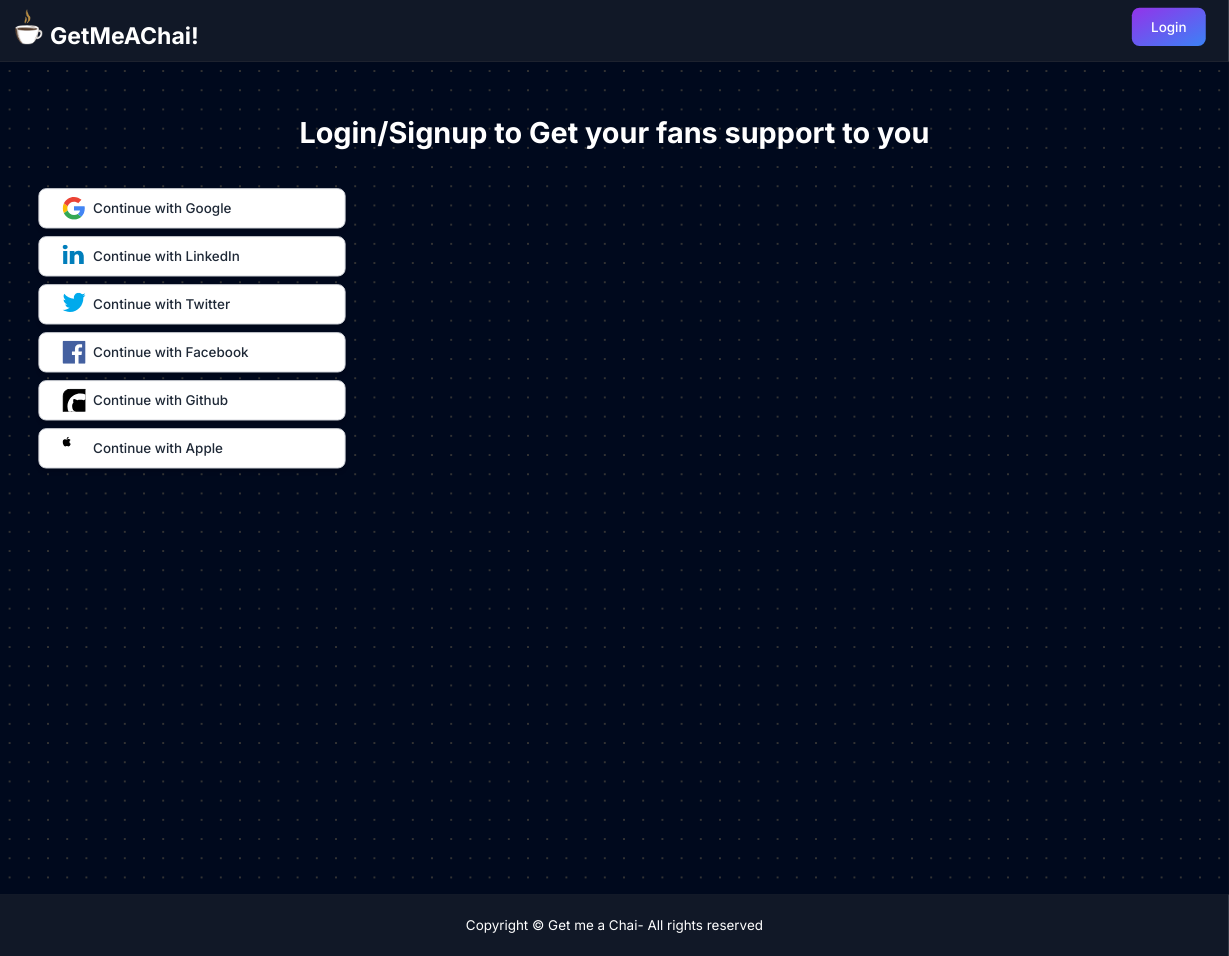
Repository: sarthaktomar579/saharaWorks
Page: /login
These files come from the project's save history. The page is drawn as it stood at one moment and after the next save; the edit follows.
The browser window is 1280 px wide. The pictures show the whole page, at 96% of full size.
The project was rebuilt for these pictures with package versions that can differ from the ones it lists, and the page was loaded fresh each time. The framework's server and built-in components were replaced by stand-ins that run in the browser. Also part of the build but not shown: next.config.mjs.

Above is the page before, as saved 2024-08-31 20:51:53.

### app/layout.js
import { Inter } from "next/font/google";
import "./globals.css";
import Navbar from "@/components/Navbar";
import Footer from "@/components/Footer";

const inter = Inter({ subsets: ["latin"] });

export const metadata = {
  title: "Get me a Chai- Fund your projects with a chai",
  description: "This website is a crowd funding platform for creators",
};

export default function RootLayout({ children }) {
  return (
    <html lang="en">
      <body className={inter.className}>
        <Navbar/>
        <div className="min-h-[82.3vh] bg-[#000000] bg-[radial-gradient(#ffffff33_1px,#00091d_1px)] bg-[size:20px_20px]">
        {children}
        </div>
        <Footer/>
      </body>
    </html>
  );
}
{/* <div class="absolute top-0 z-[-2] h-screen w-screen bg-[#000000] bg-[radial-gradient(#ffffff33_1px,#00091d_1px)] bg-[size:20px_20px]"></div> */}

### app/login/page.js
import React from 'react';

const Login = () => {
    return (
        <div className='mx-auto py-14 text-white'>
            <h1 className='text-center text-3xl font-bold'>
                Login/Signup to Get your fans support to you
            </h1>
            <div className="flex flex-col gap-2 min-h-screen p-10">


                <button
                    className="flex items-center w-80 border bg-white border-gray-300 rounded-lg shadow-md max-w-xs px-6 py-2 text-sm font-medium text-gray-800 hover:bg-gray-200 focus:outline-none focus:ring-2 focus:ring-offset-2 focus:ring-gray-500">
                    <svg className="h-6 w-6 mr-2" xmlns="http://www.w3.org/2000/svg" viewBox="-0.5 0 48 48" version="1.1">

                        <g id="Icons" stroke="none" stroke-width="1" fill="none" fill-rule="evenodd">
                            <g id="Color-" transform="translate(-401.000000, -860.000000)">
                                <g id="Google" transform="translate(401.000000, 860.000000)">
                                    <path
                                        d="M9.82727273,24 C9.82727273,22.4757333 10.0804318,21.0144 10.5322727,19.6437333 L2.62345455,13.6042667 C1.08206818,16.7338667 0.213636364,20.2602667 0.213636364,24 C0.213636364,27.7365333 1.081,31.2608 2.62025,34.3882667 L10.5247955,28.3370667 C10.0772273,26.9728 9.82727273,25.5168 9.82727273,24"
                                        id="Fill-1" fill="#FBBC05"> </path>
                                    <path
                                        d="M23.7136364,10.1333333 C27.025,10.1333333 30.0159091,11.3066667 32.3659091,13.2266667 L39.2022727,6.4 C35.0363636,2.77333333 29.6954545,0.533333333 23.7136364,0.533333333 C14.4268636,0.533333333 6.44540909,5.84426667 2.62345455,13.6042667 L10.5322727,19.6437333 C12.3545909,14.112 17.5491591,10.1333333 23.7136364,10.1333333"
                                        id="Fill-2" fill="#EB4335"> </path>
                                    <path
                                        d="M23.7136364,37.8666667 C17.5491591,37.8666667 12.3545909,33.888 10.5322727,28.3562667 L2.62345455,34.3946667 C6.44540909,42.1557333 14.4268636,47.4666667 23.7136364,47.4666667 C29.4455,47.4666667 34.9177955,45.4314667 39.0249545,41.6181333 L31.5177727,35.8144 C29.3995682,37.1488 26.7323182,37.8666667 23.7136364,37.8666667"
                                        id="Fill-3" fill="#34A853"> </path>
                                    <path
                                        d="M46.1454545,24 C46.1454545,22.6133333 45.9318182,21.12 45.6113636,19.7333333 L23.7136364,19.7333333 L23.7136364,28.8 L36.3181818,28.8 C35.6879545,31.8912 33.9724545,34.2677333 31.5177727,35.8144 L39.0249545,41.6181333 C43.3393409,37.6138667 46.1454545,31.6490667 46.1454545,24"
                                        id="Fill-4" fill="#4285F4"> </path>
                                </g>
                            </g>
                        </g>
                    </svg>
                    <span>Continue with Google</span>
                </button>


                <button
                    className="flex items-center  border bg-white border-gray-300 rounded-lg shadow-md max-w-xs px-6 py-2 text-sm font-medium text-gray-800 hover:bg-gray-200 focus:outline-none focus:ring-2 focus:ring-offset-2 focus:ring-gray-500">
                    <svg className="h-6 w-6 mr-2" xmlns="http://www.w3.org/2000/svg" viewBox="-0.5 0 48 48" version="1.1">
                        <g id="Icons" stroke="none" stroke-width="1" fill="none" fill-rule="evenodd">
                            <g id="Color-" transform="translate(-702.000000, -265.000000)" fill="#007EBB">
                                <path
                                    d="M746,305 L736.2754,305 L736.2754,290.9384 C736.2754,287.257796 734.754233,284.74515 731.409219,284.74515 C728.850659,284.74515 727.427799,286.440738 726.765522,288.074854 C726.517168,288.661395 726.555974,289.478453 726.555974,290.295511 L726.555974,305 L716.921919,305 C716.921919,305 717.046096,280.091247 716.921919,277.827047 L726.555974,277.827047 L726.555974,282.091631 C727.125118,280.226996 730.203669,277.565794 735.116416,277.565794 C741.21143,277.565794 746,281.474355 746,289.890824 L746,305 L746,305 Z M707.17921,274.428187 L707.117121,274.428187 C704.0127,274.428187 702,272.350964 702,269.717936 C702,267.033681 704.072201,265 707.238711,265 C710.402634,265 712.348071,267.028559 712.41016,269.710252 C712.41016,272.34328 710.402634,274.428187 707.17921,274.428187 L707.17921,274.428187 L707.17921,274.428187 Z M703.109831,277.827047 L711.685795,277.827047 L711.685795,305 L703.109831,305 L703.109831,277.827047 L703.109831,277.827047 Z"
                                    id="LinkedIn">

                                </path>
                            </g>
                        </g>
                    </svg> <span>Continue with LinkedIn</span>
                </button>


                <button
                    className="flex items-center  border bg-white border-gray-300 rounded-lg shadow-md max-w-xs px-6 py-2 text-sm font-medium text-gray-800 hover:bg-gray-200 focus:outline-none focus:ring-2 focus:ring-offset-2 focus:ring-gray-500">
                    <svg className="h-6 w-6 mr-2" xmlns="http://www.w3.org/2000/svg" viewBox="-0.5 0 48 48" version="1.1">
                        <g id="Icons" stroke="none" stroke-width="1" fill="none" fill-rule="evenodd">
                            <g id="Color-" transform="translate(-300.000000, -164.000000)" fill="#00AAEC">
                                <path
                                    d="M348,168.735283 C346.236309,169.538462 344.337383,170.081618 342.345483,170.324305 C344.379644,169.076201 345.940482,167.097147 346.675823,164.739617 C344.771263,165.895269 342.666667,166.736006 340.418384,167.18671 C338.626519,165.224991 336.065504,164 333.231203,164 C327.796443,164 323.387216,168.521488 323.387216,174.097508 C323.387216,174.88913 323.471738,175.657638 323.640782,176.397255 C315.456242,175.975442 308.201444,171.959552 303.341433,165.843265 C302.493397,167.339834 302.008804,169.076201 302.008804,170.925244 C302.008804,174.426869 303.747139,177.518238 306.389857,179.329722 C304.778306,179.280607 303.256911,178.821235 301.9271,178.070061 L301.9271,178.194294 C301.9271,183.08848 305.322064,187.17082 309.8299,188.095341 C309.004402,188.33225 308.133826,188.450704 307.235077,188.450704 C306.601162,188.450704 305.981335,188.390033 305.381229,188.271578 C306.634971,192.28169 310.269414,195.2026 314.580032,195.280607 C311.210424,197.99061 306.961789,199.605634 302.349709,199.605634 C301.555203,199.605634 300.769149,199.559408 300,199.466956 C304.358514,202.327194 309.53689,204 315.095615,204 C333.211481,204 343.114633,188.615385 343.114633,175.270495 C343.114633,174.831347 343.106181,174.392199 343.089276,173.961719 C345.013559,172.537378 346.684275,170.760563 348,168.735283"
                                    id="Twitter">

                                </path>
                            </g>
                        </g>
                    </svg>

                    <span>Continue with Twitter</span>
                </button>


                <button
                    className="flex items-center  border bg-white border-gray-300 rounded-lg shadow-md max-w-xs px-6 py-2 text-sm font-medium text-gray-800 hover:bg-gray-200 focus:outline-none focus:ring-2 focus:ring-offset-2 focus:ring-gray-500">
                   <svg className="h-6 w-6 mr-2" xmlns="http://www.w3.org/2000/svg" viewBox="-0.5 0 48 48" version="1.1">
                        <g id="Icons" stroke="none" stroke-width="1" fill="none" fill-rule="evenodd">
                            <g id="Color-" transform="translate(-200.000000, -160.000000)" fill="#4460A0">
                                <path
                                    d="M225.638355,208 L202.649232,208 C201.185673,208 200,206.813592 200,205.350603 L200,162.649211 C200,161.18585 201.185859,160 202.649232,160 L245.350955,160 C246.813955,160 248,161.18585 248,162.649211 L248,205.350603 C248,206.813778 246.813769,208 245.350955,208 L233.119305,208 L233.119305,189.411755 L239.358521,189.411755 L240.292755,182.167586 L233.119305,182.167586 L233.119305,177.542641 C233.119305,175.445287 233.701712,174.01601 236.70929,174.01601 L240.545311,174.014333 L240.545311,167.535091 C239.881886,167.446808 237.604784,167.24957 234.955552,167.24957 C229.424834,167.24957 225.638355,170.625526 225.638355,176.825209 L225.638355,182.167586 L219.383122,182.167586 L219.383122,189.411755 L225.638355,189.411755 L225.638355,208 L225.638355,208 Z"
                                    id="Facebook">

                                </path>
                            </g>
                        </g>
                    </svg>

                    <span>Continue with Facebook</span>
                </button>


                <button
                    className="flex items-center  border bg-white border-gray-300 rounded-lg shadow-md max-w-xs px-6 py-2 text-sm font-medium text-gray-800 hover:bg-gray-200 focus:outline-none focus:ring-2 focus:ring-offset-2 focus:ring-gray-500">
                   <svg className="h-6 w-6 mr-2" xmlns="http://www.w3.org/2000/svg" viewBox="-0.5 0 48 48" version="1.1">
                        <g id="team-collaboration/version-control/github" stroke="none" stroke-width="1" fill="none"
                            fill-rule="evenodd">
                            <g id="container" transform="translate(2.000000, 2.000000)" fill-rule="nonzero">
                                <rect id="mask" stroke="#000000" stroke-width="2" fill="#000000" x="-1"
                                    y="-1" width="71" height="71" rx="14">

                                </rect>
                                <path
                                    d="M58.3067362,21.4281798 C55.895743,17.2972267 52.6253846,14.0267453 48.4948004,11.615998 C44.3636013,9.20512774 39.8535636,8 34.9614901,8 C30.0700314,8 25.5585181,9.20549662 21.4281798,11.615998 C17.2972267,14.0266224 14.0269912,17.2972267 11.615998,21.4281798 C9.20537366,25.5590099 8,30.0699084 8,34.9607523 C8,40.8357654 9.71405782,46.1187277 13.1430342,50.8109917 C16.5716416,55.5036246 21.0008949,58.7507436 26.4304251,60.5527176 C27.0624378,60.6700211 27.5302994,60.5875152 27.8345016,60.3072901 C28.1388268,60.0266961 28.290805,59.6752774 28.290805,59.2545094 C28.290805,59.1842994 28.2847799,58.5526556 28.2730988,57.3588401 C28.2610487,56.1650247 28.2553926,55.1235563 28.2553926,54.2349267 L27.4479164,54.3746089 C26.9330843,54.468919 26.2836113,54.5088809 25.4994975,54.4975686 C24.7157525,54.4866252 23.9021284,54.4044881 23.0597317,54.2517722 C22.2169661,54.1004088 21.4330982,53.749359 20.7075131,53.1993604 C19.982297,52.6493618 19.4674649,51.9294329 19.1631397,51.0406804 L18.8120898,50.2328353 C18.5780976,49.6950097 18.2097104,49.0975487 17.7064365,48.4426655 C17.2031625,47.7871675 16.6942324,47.3427912 16.1794003,47.108799 L15.9336039,46.9328437 C15.7698216,46.815909 15.6178435,46.6748743 15.4773006,46.511215 C15.3368806,46.3475556 15.2317501,46.1837734 15.1615401,46.0197452 C15.0912072,45.855594 15.1494901,45.7209532 15.3370036,45.6153308 C15.5245171,45.5097084 15.8633939,45.4584343 16.3551097,45.4584343 L17.0569635,45.5633189 C17.5250709,45.6571371 18.104088,45.9373622 18.7947525,46.4057156 C19.4850481,46.8737001 20.052507,47.4821045 20.4972521,48.230683 C21.0358155,49.1905062 21.6846737,49.9218703 22.4456711,50.4251443 C23.2060537,50.9284182 23.9727072,51.1796248 24.744894,51.1796248 C25.5170807,51.1796248 26.1840139,51.121096 26.7459396,51.0046532 C27.3072505,50.8875956 27.8338868,50.7116403 28.3256025,50.477771 C28.5362325,48.9090515 29.1097164,47.7039238 30.0455624,46.8615271 C28.7116959,46.721353 27.5124702,46.5102313 26.4472706,46.2295144 C25.3826858,45.9484285 24.2825656,45.4922482 23.1476478,44.8597436 C22.0121153,44.2280998 21.0701212,43.44374 20.3214198,42.5080169 C19.5725954,41.571802 18.9580429,40.3426971 18.4786232,38.821809 C17.9989575,37.300306 17.7590632,35.5451796 17.7590632,33.5559381 C17.7590632,30.7235621 18.6837199,28.3133066 20.5326645,26.3238191 C19.6665366,24.1944035 19.7483048,21.8072644 20.778215,19.1626478 C21.4569523,18.951772 22.4635002,19.1100211 23.7973667,19.6364115 C25.1314792,20.1630477 26.1082708,20.6141868 26.7287253,20.9882301 C27.3491798,21.3621504 27.8463057,21.6790175 28.2208409,21.9360032 C30.3978419,21.3277217 32.644438,21.0235195 34.9612442,21.0235195 C37.2780503,21.0235195 39.5251383,21.3277217 41.7022622,21.9360032 L43.0362517,21.0938524 C43.9484895,20.5319267 45.0257392,20.0169716 46.2654186,19.5488642 C47.5058357,19.0810026 48.4543466,18.9521409 49.1099676,19.1630167 C50.1627483,21.8077563 50.2565666,24.1947724 49.3901927,26.324188 C51.2390143,28.3136755 52.1640399,30.7245457 52.1640399,33.556307 C52.1640399,35.5455485 51.9232849,37.3062081 51.444357,38.8393922 C50.9648143,40.3728223 50.3449746,41.6006975 49.5845919,42.5256002 C48.8233486,43.4503799 47.8753296,44.2285916 46.7404118,44.8601125 C45.6052481,45.4921252 44.504759,45.9483056 43.4401742,46.2293914 C42.3750975,46.5104772 41.1758719,46.7217219 39.8420054,46.8621419 C41.0585683,47.9149226 41.6669728,49.5767225 41.6669728,51.846804 L41.6669728,59.2535257 C41.6669728,59.6742937 41.8132948,60.0255895 42.1061847,60.3063064 C42.3987058,60.5865315 42.8606653,60.6690374 43.492678,60.5516109 C48.922946,58.7498829 53.3521992,55.5026409 56.7806837,50.810008 C60.2087994,46.117744 61.923472,40.8347817 61.923472,34.9597686 C61.9222424,30.0695396 60.7162539,25.5590099 58.3067362,21.4281798 Z"
                                    id="Shape" fill="#FFFFFF">

                                </path>
                            </g>
                        </g>
                    </svg>

                    <span>Continue with Github</span>
                </button>


                <button
                    className="flex items-center  border bg-white border-gray-300 rounded-lg shadow-md max-w-xs px-6 py-2 text-sm font-medium text-gray-800 hover:bg-gray-200 focus:outline-none focus:ring-2 focus:ring-offset-2 focus:ring-gray-500">
                   <svg className="h-6 w-6 mr-2" xmlns="http://www.w3.org/2000/svg" viewBox="-0.5 0 48 48" version="1.1">
                        <g id="Page-1" stroke="none" stroke-width="1" fill="none" fill-rule="evenodd">
                            <g id="Dribbble-Light-Preview" transform="translate(-102.000000, -7439.000000)" fill="#000000">
                                <g id="icons" transform="translate(56.000000, 160.000000)">
                                    <path
                                        d="M57.5708873,7282.19296 C58.2999598,7281.34797 58.7914012,7280.17098 58.6569121,7279 C57.6062792,7279.04 56.3352055,7279.67099 55.5818643,7280.51498 C54.905374,7281.26397 54.3148354,7282.46095 54.4735932,7283.60894 C55.6455696,7283.69593 56.8418148,7283.03894 57.5708873,7282.19296 M60.1989864,7289.62485 C60.2283111,7292.65181 62.9696641,7293.65879 63,7293.67179 C62.9777537,7293.74279 62.562152,7295.10677 61.5560117,7296.51675 C60.6853718,7297.73474 59.7823735,7298.94772 58.3596204,7298.97372 C56.9621472,7298.99872 56.5121648,7298.17973 54.9134635,7298.17973 C53.3157735,7298.17973 52.8162425,7298.94772 51.4935978,7298.99872 C50.1203933,7299.04772 49.0738052,7297.68074 48.197098,7296.46676 C46.4032359,7293.98379 45.0330649,7289.44985 46.8734421,7286.3899 C47.7875635,7284.87092 49.4206455,7283.90793 51.1942837,7283.88393 C52.5422083,7283.85893 53.8153044,7284.75292 54.6394294,7284.75292 C55.4635543,7284.75292 57.0106846,7283.67793 58.6366882,7283.83593 C59.3172232,7283.86293 61.2283842,7284.09893 62.4549652,7285.8199 C62.355868,7285.8789 60.1747177,7287.09489 60.1989864,7289.62485"
                                        id="apple-[#173]">

                                    </path>
                                </g>
                            </g>
                        </g>
                    </svg>

                    <span>Continue with Apple</span>
                </button>


            </div>
        </div>
    );
};

export default Login;

### components/Footer.js
import React from 'react'

const Footer = () => {
  return (
    <footer className='bg-gray-900 text-sm text-white flex justify-center items-center px-4 h-16'>
      <p className='text-center'>Copyright &copy; Get me a Chai- All rights reserved</p>
    </footer>
  )
}

export default Footer

Loaded but not shown: app/globals.css (common file); tailwind.config.js (common file); components/Navbar.js (30 lines, source omitted)

After the next save:
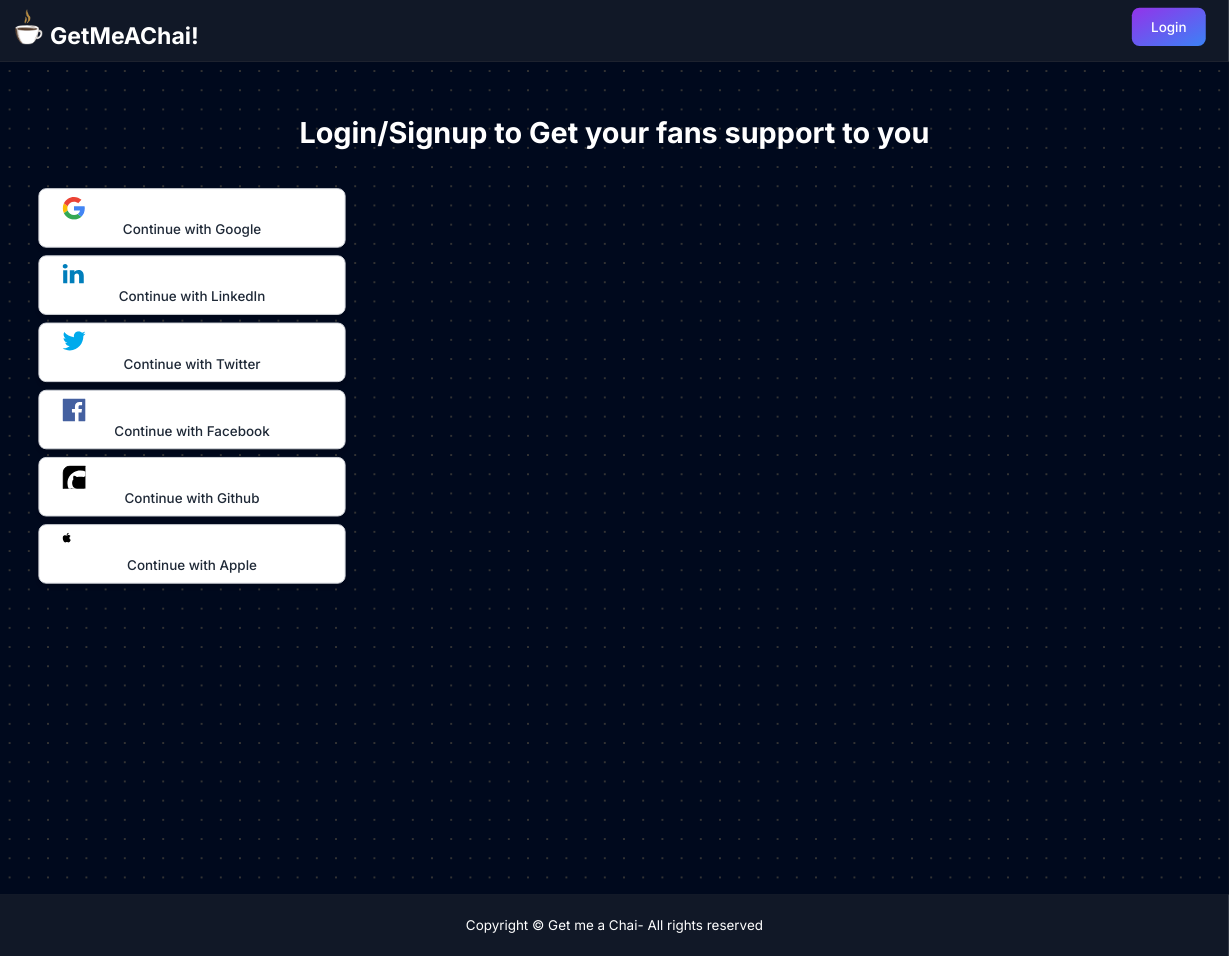
Saved 43 s later.
--- a/app/login/page.js
+++ b/app/login/page.js
@@ -10,7 +10,7 @@
 
 
                 <button
-                    className="flex items-center w-80 border bg-white border-gray-300 rounded-lg shadow-md max-w-xs px-6 py-2 text-sm font-medium text-gray-800 hover:bg-gray-200 focus:outline-none focus:ring-2 focus:ring-offset-2 focus:ring-gray-500">
+                    className="  w-80 border bg-white border-gray-300 rounded-lg shadow-md max-w-xs px-6 py-2 text-sm font-medium text-gray-800 hover:bg-gray-200 focus:outline-none focus:ring-2 focus:ring-offset-2 focus:ring-gray-500">
                     <svg className="h-6 w-6 mr-2" xmlns="http://www.w3.org/2000/svg" viewBox="-0.5 0 48 48" version="1.1">
 
                         <g id="Icons" stroke="none" stroke-width="1" fill="none" fill-rule="evenodd">
@@ -37,7 +37,7 @@
 
 
                 <button
-                    className="flex items-center  border bg-white border-gray-300 rounded-lg shadow-md max-w-xs px-6 py-2 text-sm font-medium text-gray-800 hover:bg-gray-200 focus:outline-none focus:ring-2 focus:ring-offset-2 focus:ring-gray-500">
+                    className="   border bg-white border-gray-300 rounded-lg shadow-md max-w-xs px-6 py-2 text-sm font-medium text-gray-800 hover:bg-gray-200 focus:outline-none focus:ring-2 focus:ring-offset-2 focus:ring-gray-500">
                     <svg className="h-6 w-6 mr-2" xmlns="http://www.w3.org/2000/svg" viewBox="-0.5 0 48 48" version="1.1">
                         <g id="Icons" stroke="none" stroke-width="1" fill="none" fill-rule="evenodd">
                             <g id="Color-" transform="translate(-702.000000, -265.000000)" fill="#007EBB">
@@ -53,7 +53,7 @@
 
 
                 <button
-                    className="flex items-center  border bg-white border-gray-300 rounded-lg shadow-md max-w-xs px-6 py-2 text-sm font-medium text-gray-800 hover:bg-gray-200 focus:outline-none focus:ring-2 focus:ring-offset-2 focus:ring-gray-500">
+                    className="   border bg-white border-gray-300 rounded-lg shadow-md max-w-xs px-6 py-2 text-sm font-medium text-gray-800 hover:bg-gray-200 focus:outline-none focus:ring-2 focus:ring-offset-2 focus:ring-gray-500">
                     <svg className="h-6 w-6 mr-2" xmlns="http://www.w3.org/2000/svg" viewBox="-0.5 0 48 48" version="1.1">
                         <g id="Icons" stroke="none" stroke-width="1" fill="none" fill-rule="evenodd">
                             <g id="Color-" transform="translate(-300.000000, -164.000000)" fill="#00AAEC">
@@ -71,7 +71,7 @@
 
 
                 <button
-                    className="flex items-center  border bg-white border-gray-300 rounded-lg shadow-md max-w-xs px-6 py-2 text-sm font-medium text-gray-800 hover:bg-gray-200 focus:outline-none focus:ring-2 focus:ring-offset-2 focus:ring-gray-500">
+                    className="   border bg-white border-gray-300 rounded-lg shadow-md max-w-xs px-6 py-2 text-sm font-medium text-gray-800 hover:bg-gray-200 focus:outline-none focus:ring-2 focus:ring-offset-2 focus:ring-gray-500">
                    <svg className="h-6 w-6 mr-2" xmlns="http://www.w3.org/2000/svg" viewBox="-0.5 0 48 48" version="1.1">
                         <g id="Icons" stroke="none" stroke-width="1" fill="none" fill-rule="evenodd">
                             <g id="Color-" transform="translate(-200.000000, -160.000000)" fill="#4460A0">
@@ -89,7 +89,7 @@
 
 
                 <button
-                    className="flex items-center  border bg-white border-gray-300 rounded-lg shadow-md max-w-xs px-6 py-2 text-sm font-medium text-gray-800 hover:bg-gray-200 focus:outline-none focus:ring-2 focus:ring-offset-2 focus:ring-gray-500">
+                    className="   border bg-white border-gray-300 rounded-lg shadow-md max-w-xs px-6 py-2 text-sm font-medium text-gray-800 hover:bg-gray-200 focus:outline-none focus:ring-2 focus:ring-offset-2 focus:ring-gray-500">
                    <svg className="h-6 w-6 mr-2" xmlns="http://www.w3.org/2000/svg" viewBox="-0.5 0 48 48" version="1.1">
                         <g id="team-collaboration/version-control/github" stroke="none" stroke-width="1" fill="none"
                             fill-rule="evenodd">
@@ -112,7 +112,7 @@
 
 
                 <button
-                    className="flex items-center  border bg-white border-gray-300 rounded-lg shadow-md max-w-xs px-6 py-2 text-sm font-medium text-gray-800 hover:bg-gray-200 focus:outline-none focus:ring-2 focus:ring-offset-2 focus:ring-gray-500">
+                    className="   border bg-white border-gray-300 rounded-lg shadow-md max-w-xs px-6 py-2 text-sm font-medium text-gray-800 hover:bg-gray-200 focus:outline-none focus:ring-2 focus:ring-offset-2 focus:ring-gray-500">
                    <svg className="h-6 w-6 mr-2" xmlns="http://www.w3.org/2000/svg" viewBox="-0.5 0 48 48" version="1.1">
                         <g id="Page-1" stroke="none" stroke-width="1" fill="none" fill-rule="evenodd">
                             <g id="Dribbble-Light-Preview" transform="translate(-102.000000, -7439.000000)" fill="#000000">
